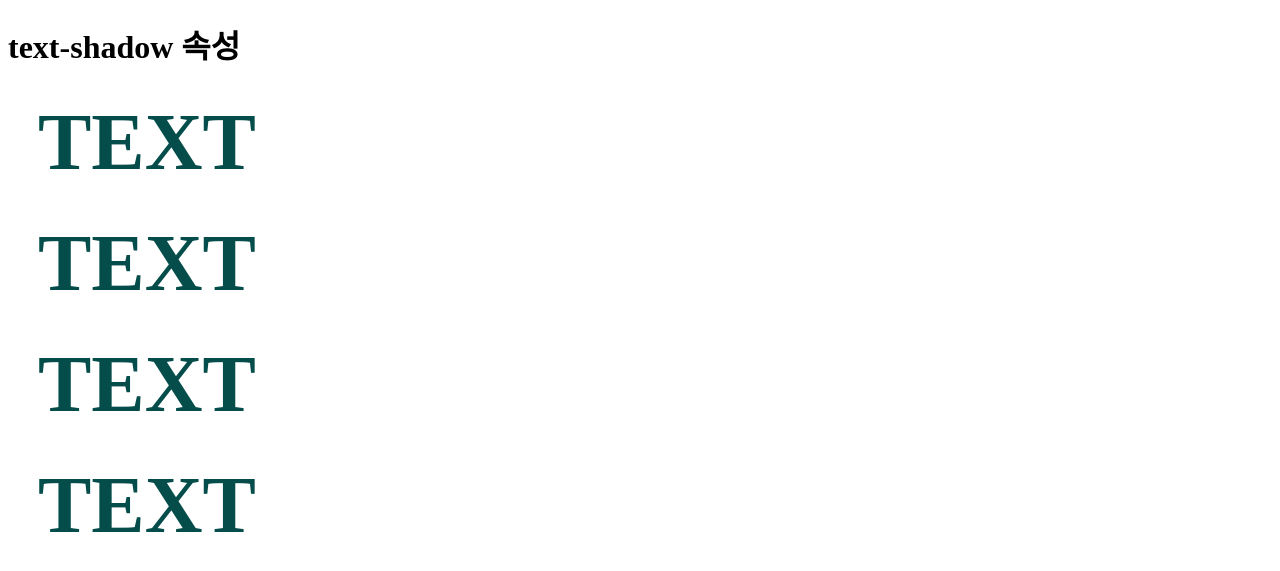
Repository: cussip/SuperHands
Page: WebExam/src/main/webapp/css/fonts/text/text-shadow.html
The author's editor kept a copy of each file at every save. The page is drawn from the files as they stood at one save, then again after the next save.
The browser window is 1280 px wide. The pictures show the whole page.

Above is the page before, as saved 2022-01-31 03:12:19.

### WebExam/src/main/webapp/css/fonts/text/text-shadow.html
<!DOCTYPE html>
<html>
<head>
	<meta charset="UTF-8">
	<title>text-shadow.html</title>
	<style>
		p {
			color: rgb(5, 77, 74);
			font-weight: bold;
			font-size: 80px;
			font-family: d2coding;
			margin: 30px;
		}
		.shadow01 {
		}
		.shadow02 {
		}
		.shadow03 {
		}
		.shadow04 {
		}
	</style>
</head>
<body>
	<!-- 텍스트에 그림자를 지정한다 -->
	<h1>text-shadow 속성</h1>
	<p class="shadow01">TEXT</p>
	<p class="shadow02">TEXT</p>
	<p class="shadow03">TEXT</p>
	<p class="shadow04">TEXT</p>
</body>
</html>

After the next save:
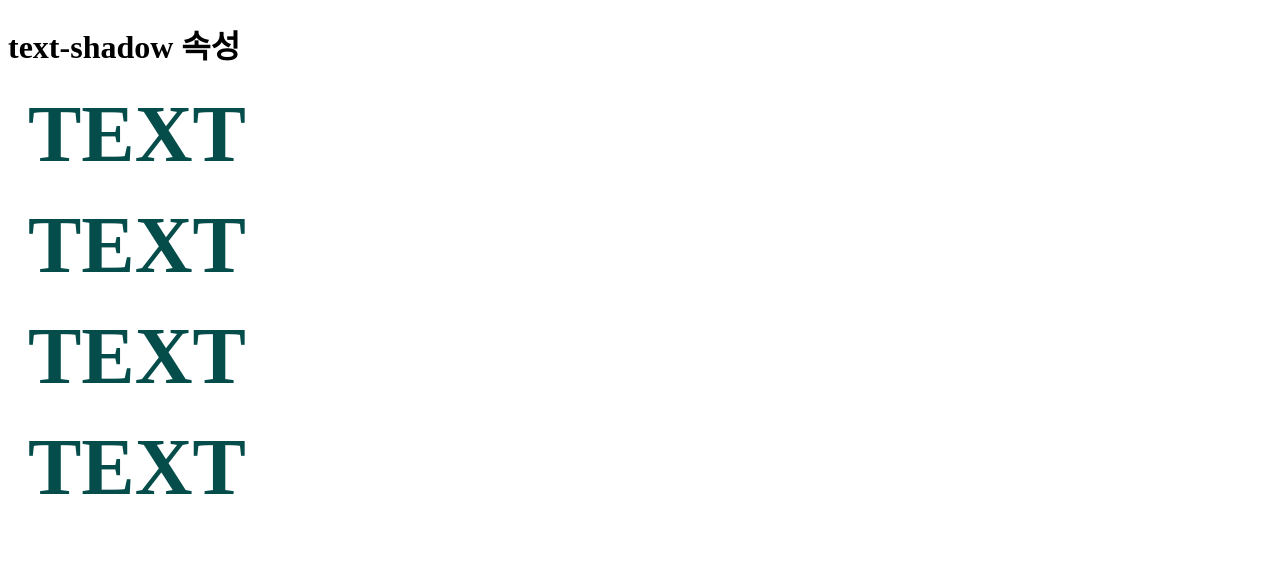
Saved 16 s later.
--- a/WebExam/src/main/webapp/css/fonts/text/text-shadow.html
+++ b/WebExam/src/main/webapp/css/fonts/text/text-shadow.html
@@ -9,15 +9,19 @@
 			font-weight: bold;
 			font-size: 80px;
 			font-family: d2coding;
-			margin: 30px;
+			margin: 20px;
 		}
 		.shadow01 {
+
 		}
 		.shadow02 {
+
 		}
 		.shadow03 {
+
 		}
 		.shadow04 {
+
 		}
 	</style>
 </head>
